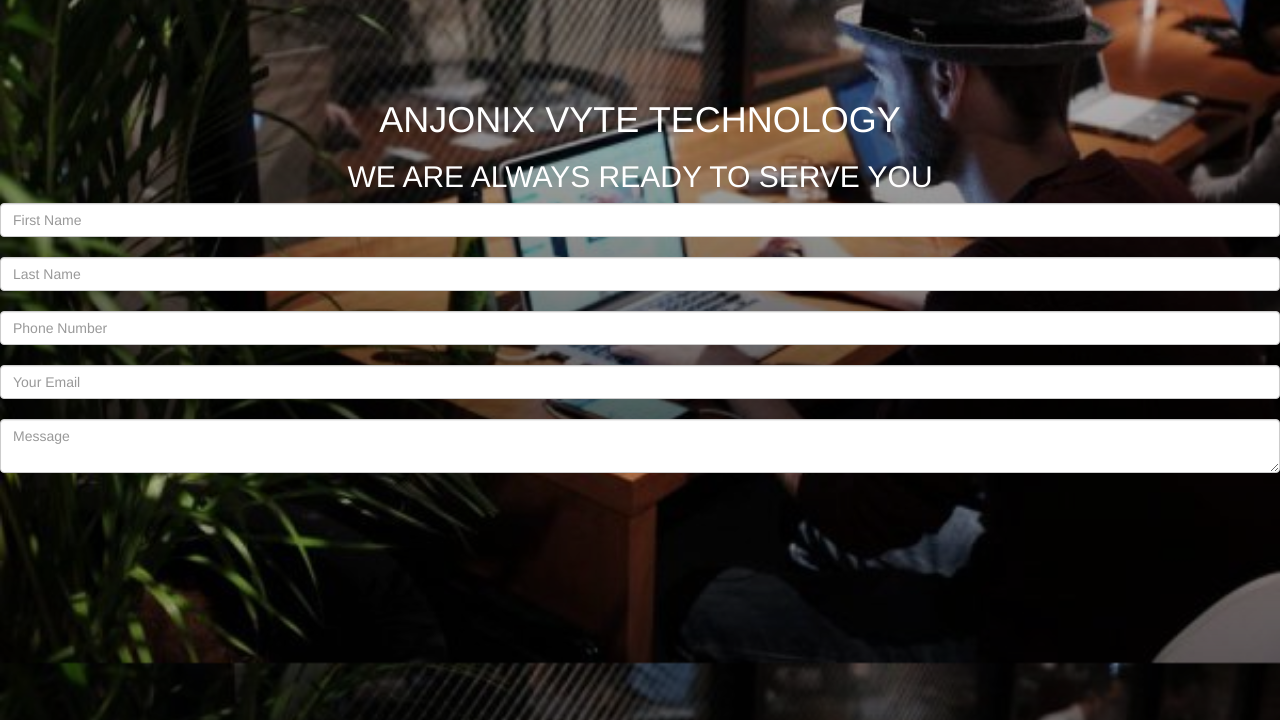
Repository: anjonix/Responsive-Website
Page: contact-form.html
These files come from the project's save history. The page is drawn as it stood at one moment and after the next save; the edit follows.
The browser window is 1280 px wide. The pictures show the whole page.

Above is the page before, as saved 2019-07-09 14:50:03.

### contact-form.html
<!DOCTYPE html>
<!DOCTYPE html>
<html lang="en">
<head>
    <meta charset="UTF-8">
    <meta name="viewport" content="width=device-width, initial-scale=1.0">
    <meta http-equiv="X-UA-Compatible" content="ie=edge">
    <link rel="stylesheet" href="CSS/Contactform style.css">
     <!-- Latest compiled and minified CSS -->
    <link rel="stylesheet" href="https://maxcdn.bootstrapcdn.com/bootstrap/3.4.0/css/bootstrap.min.css">

    <!-- jQuery library -->

    <script src="https://ajax.googleapis.com/ajax/libs/jquery/3.4.1/jquery.min.js"></script>

    <!-- Latest compiled JavaScript -->
    <script src="https://maxcdn.bootstrapcdn.com/bootstrap/3.4.0/js/bootstrap.min.js"></script>
    <title>Contact Form</title>
</head>
<body>
        <div class="Contactform">
            <h1>anjonix vyte technology</h1>
            <h2>we are always ready to serve you</h2>
        </div>
        <div class="contact-form">
            <form id="contact-form" action="" method="post">
                <input name="name" type="text" class="form-control" placeholder="First Name" required>
                <br>
                 <input name="name" type="text" class="form-control" placeholder="Last Name" required>
                <br>
                 <input name="Phone Number" type="number" class="form-control" placeholder="Phone Number" required>
                <br>
                 <input name="Email" type="email" class="form-control" placeholder="Your Email" required>
                <br>
                 <textarea name="Message" class="form-control" placeholder="Message" row="4" required></textarea>
            </form>
        </div>
</body>
</html>

### CSS/Contactform style.css
body
{
    margin-top: 0;
    padding:0;
    text-align: center;
    background:linear-gradient(rgba(0,0,0,0.2),rgba(0, 0, 0, 0.7)),url(..//Images/image7.jpg);
    background-size: cover;
    background-position: center;
    font-family: sans-serif
}
.Contactform
{
    margin-top: 100px;
    color: #fff;
    text-transform: uppercase;
    transition: all 0.4s ease-in-out;
}
.contactform h1
{
    font-size: 32px;
    line-height: 10px
}
.contactform h2{
    font-size: 16px;
}

After the next save:
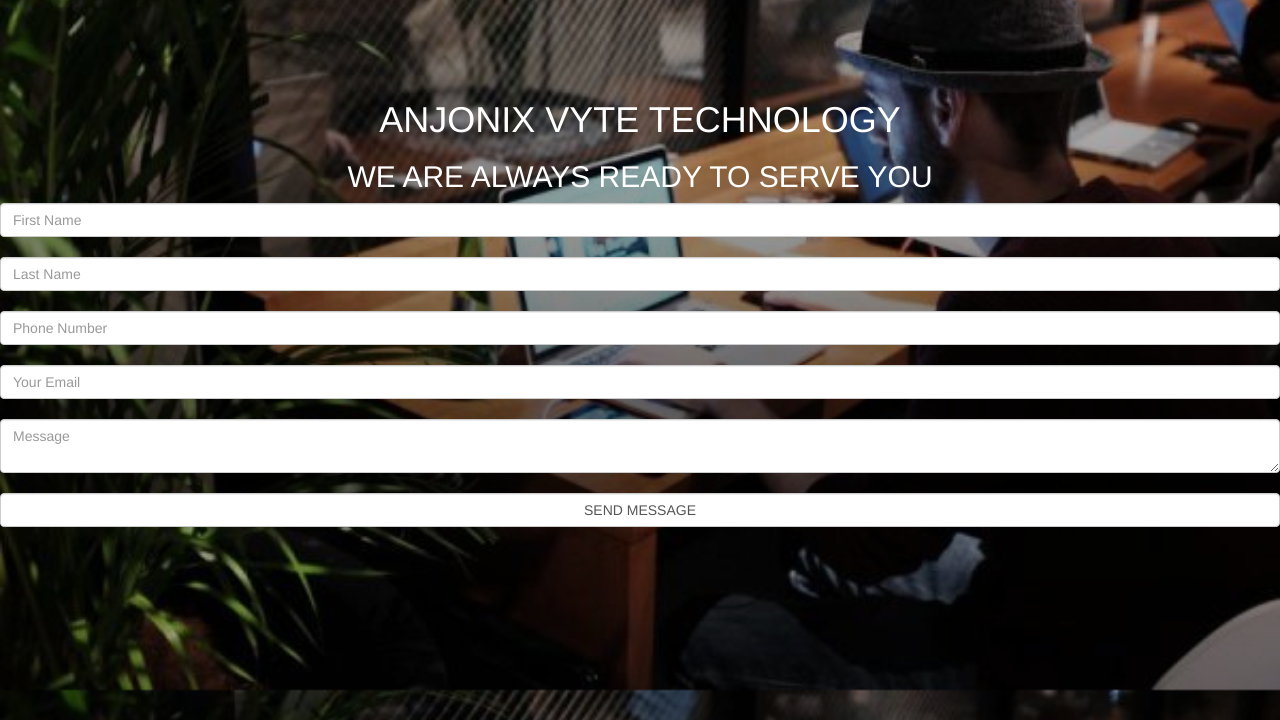
Saved 2 min 54 s later.
--- a/contact-form.html
+++ b/contact-form.html
@@ -32,7 +32,8 @@
                 <br>
                  <input name="Email" type="email" class="form-control" placeholder="Your Email" required>
                 <br>
-                 <textarea name="Message" class="form-control" placeholder="Message" row="4" required></textarea>
+                 <textarea name="Message" class="form-control" placeholder="Message" row="4" required></textarea><br>
+                 <input type="Submit" class="form-control submit" value="SEND MESSAGE">
             </form>
         </div>
 </body>
